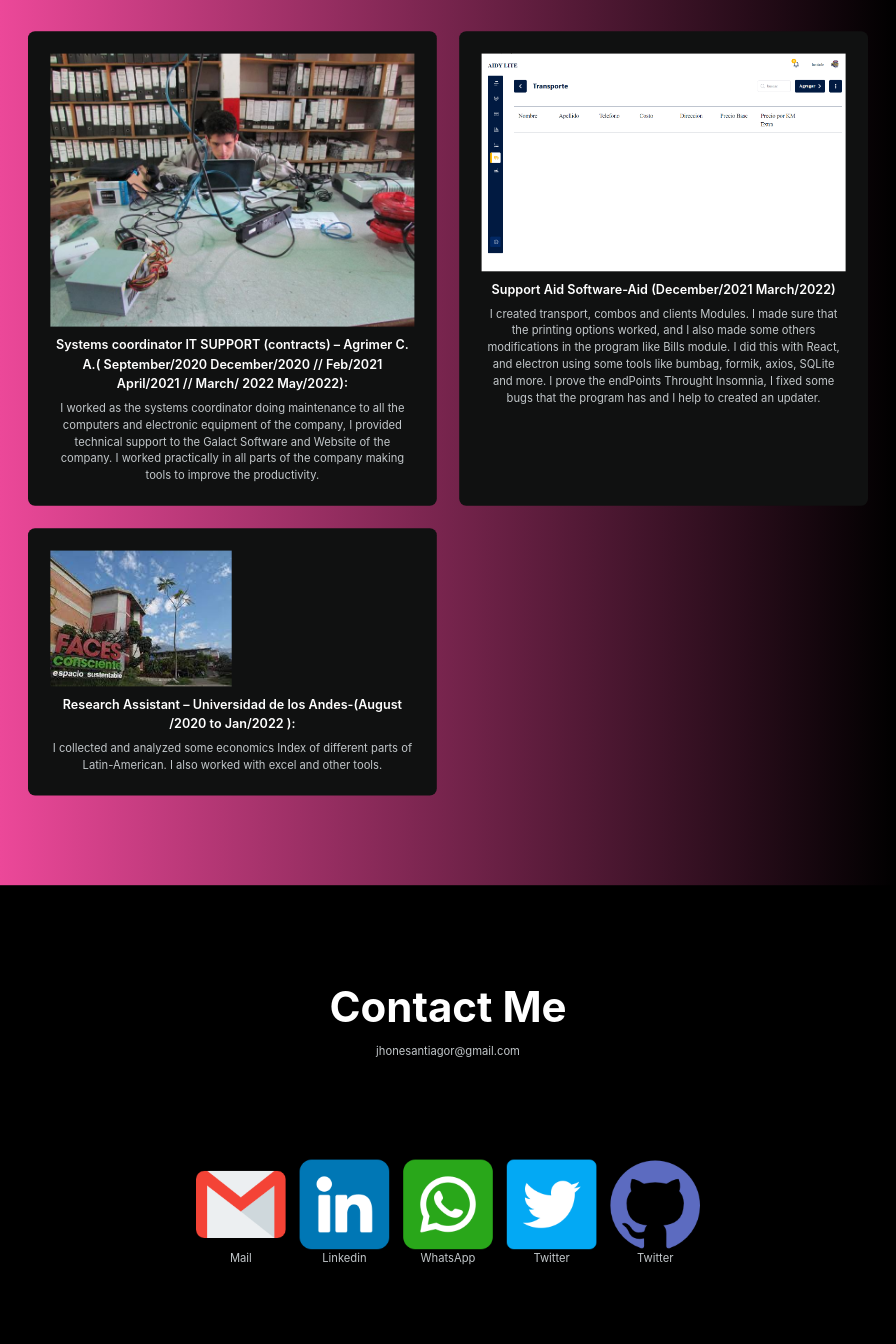
Repository: jhonenmanuel1/Repository-Jhon-Next-its
Page: /
These files come from the project's save history. The page is drawn as it stood at one moment and after the next save; the edit follows.
The browser window is 1280 px wide. The pictures show the part of the page from y = 2472 to 4392 px (the page is 4392 px tall), at 70% of full size.
The project was rebuilt for these pictures with package versions that can differ from the ones it lists, and the page was loaded fresh each time. The framework's server and built-in components were replaced by stand-ins that run in the browser. Also part of the build but not shown: next.config.js.

Above is the page before, as saved 2022-06-07 19:36:53.

After the next save:
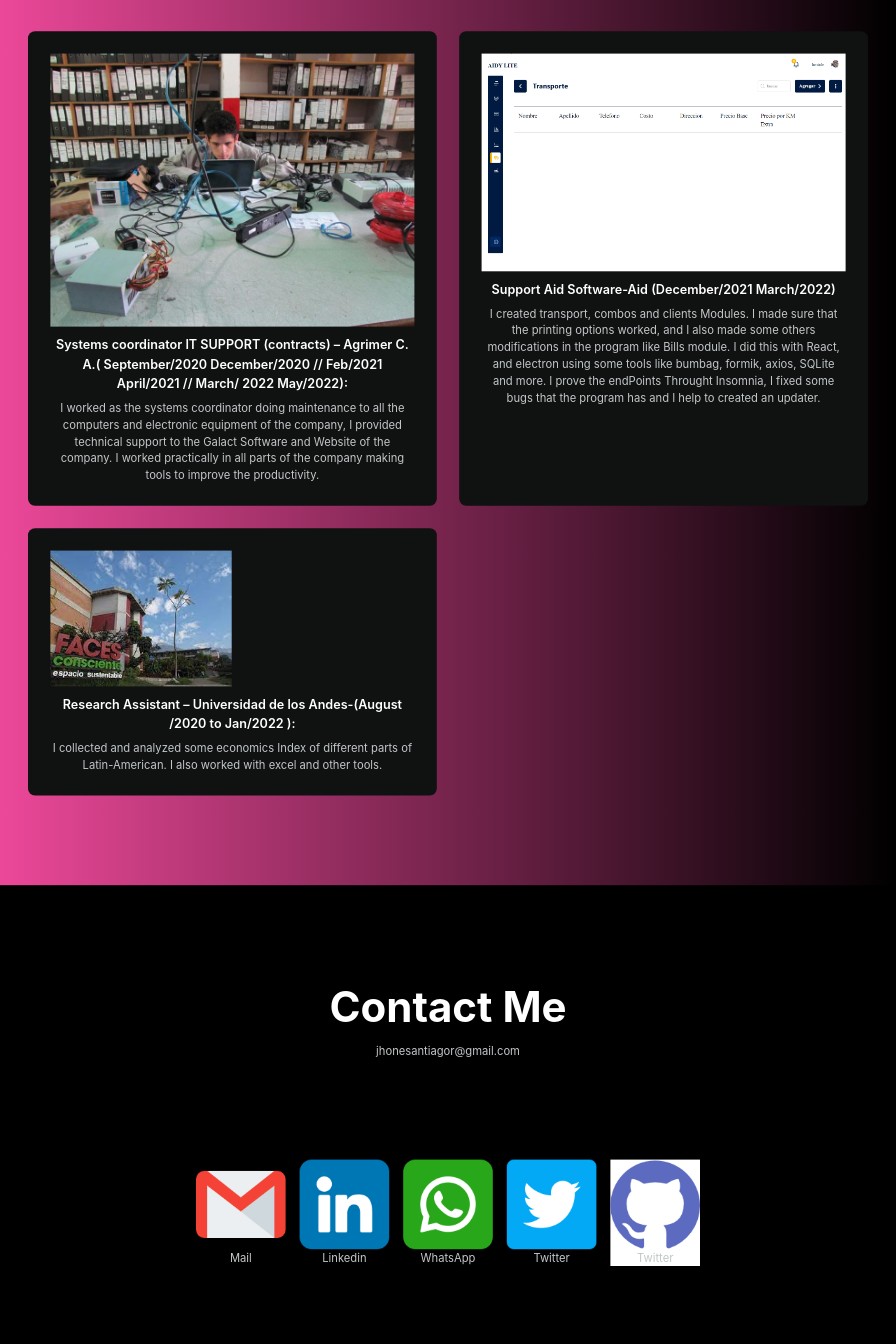
Saved 57 s later.
--- a/components/Footer.js
+++ b/components/Footer.js
@@ -25,7 +25,7 @@
               <a href="https://twitter.com/jhonenmsantiago">
                 <img src="images/nicons/gorjeo.png"></img>Twitter
               </a>
-              <a href="https://github.com/jhonenmanuel1"><img src="images/nicons/github.png"></img>Twitter</a>
+              <a href="https://github.com/jhonenmanuel1" class="bg-white"><img src="images/nicons/github.png"></img>Twitter</a>
             </div>
           </div>
         </div>

After the save that followed:
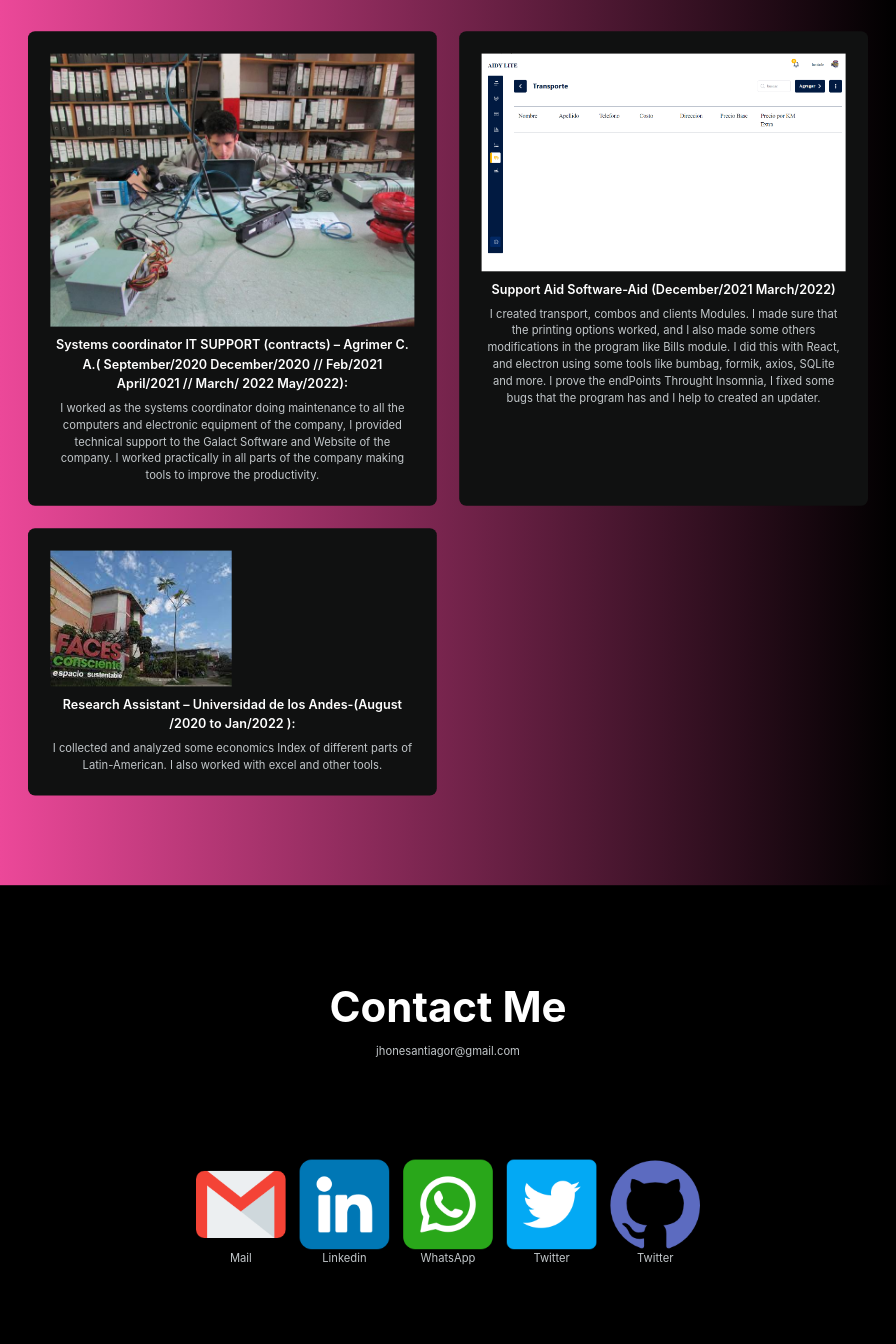
Saved 59 s later.
--- a/components/Footer.js
+++ b/components/Footer.js
@@ -25,7 +25,7 @@
               <a href="https://twitter.com/jhonenmsantiago">
                 <img src="images/nicons/gorjeo.png"></img>Twitter
               </a>
-              <a href="https://github.com/jhonenmanuel1" class="bg-white"><img src="images/nicons/github.png"></img>Twitter</a>
+              <a href="https://github.com/jhonenmanuel1" ><img src="images/nicons/github.png"></img>Twitter</a>
             </div>
           </div>
         </div>
